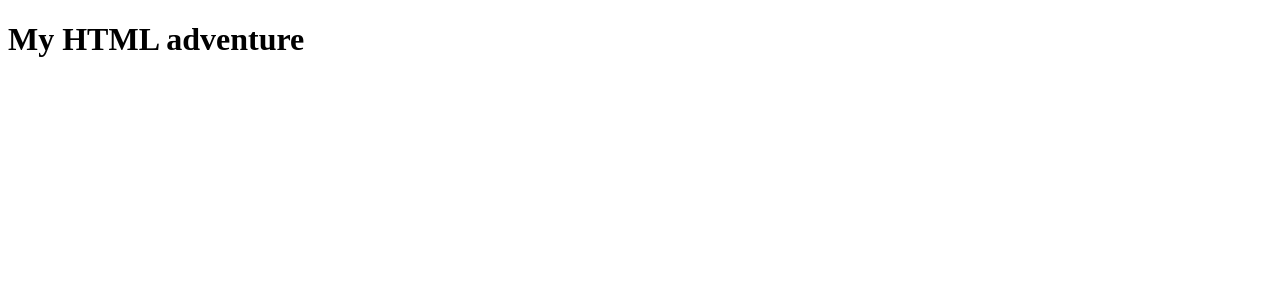
Repository: NthigaDenis/example-repository
Page: phase-0-the-dom-editing-lab/index.html
These files come from the project's save history. The page is drawn as it stood at one moment and after the next save; the edit follows.
The browser window is 1280 px wide. The pictures show the whole page.

Above is the page before, as saved 2022-08-10 08:12:29.

### phase-0-the-dom-editing-lab/index.html
<!-- Write your code here! -->
<!DOCTYPE html>
<html lang="en">

<head>
    <meta charset="UTF-8" />
    <meta name="viewport" content="width=device-width, initial-scale=1.0" />
    <meta http-equiv="X-UA-Compatible" content="ie=edge" />
    <title>Introduction to the DOM Lab</title>
</head>

<body>
    <!--All our work for this lesson will go here-->
    <h1>My HTML adventure</h1>



    <body>
    </body>

</html>

After the next save:
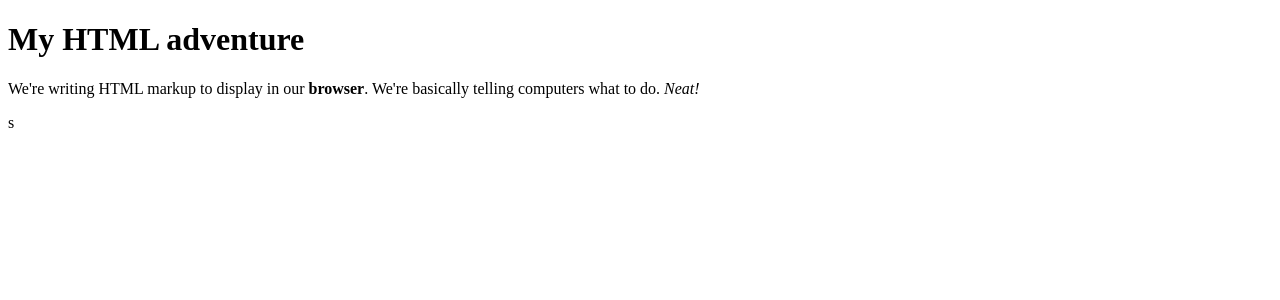
Saved 25 min 2 s later.
--- a/phase-0-the-dom-editing-lab/index.html
+++ b/phase-0-the-dom-editing-lab/index.html
@@ -12,7 +12,12 @@
 <body>
     <!--All our work for this lesson will go here-->
     <h1>My HTML adventure</h1>
+    <p>
+        We're writing HTML markup to display in our <strong>browser</strong>. We're
+        basically telling computers what to do. <em>Neat!</em>
+    </p>
 
+    <table>s</table>
 
 
     <body>
